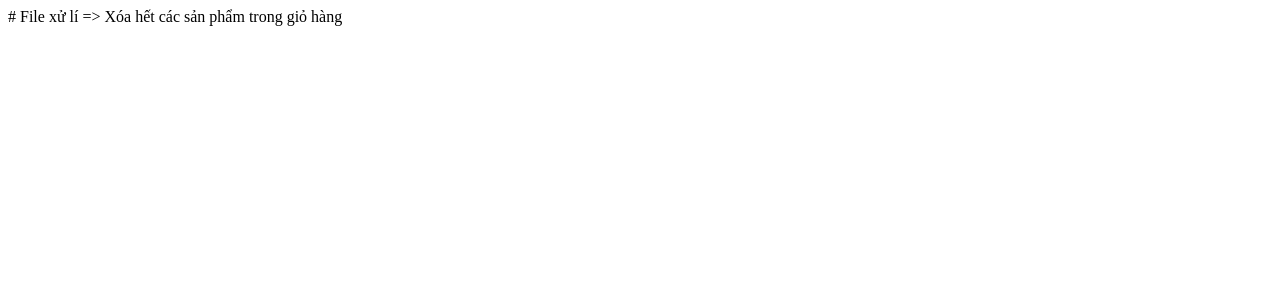
Repository: Giangattt123/PHP
Page: http://localhost/modules/cart/delete_all.php
The author's editor kept a copy of each file at every save. The page is drawn from the files as they stood at one save, then again after the next save.
The browser window is 1280 px wide. The pictures show the whole page.
The page is run by PHP 8.4 with error messages shown; the project is at /var/www/html/.

Above is the page before, as saved 2023-03-23 23:00:02.

After the next save:
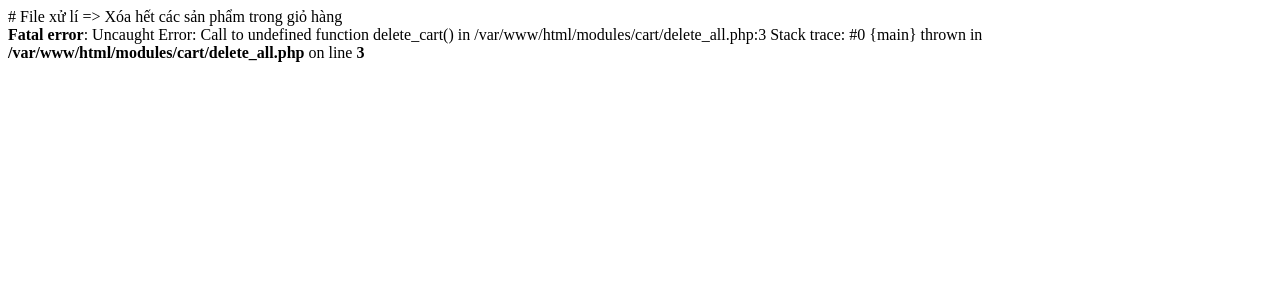
Saved 75 s later.
--- a/PHP_Shopping-Cart/Shopping_Cart/modules/cart/delete_all.php
+++ b/PHP_Shopping-Cart/Shopping_Cart/modules/cart/delete_all.php
@@ -1 +1,6 @@
 # File xử lí => Xóa hết các sản phẩm trong giỏ hàng
+<?php
+    delete_cart();
+
+
+?>
